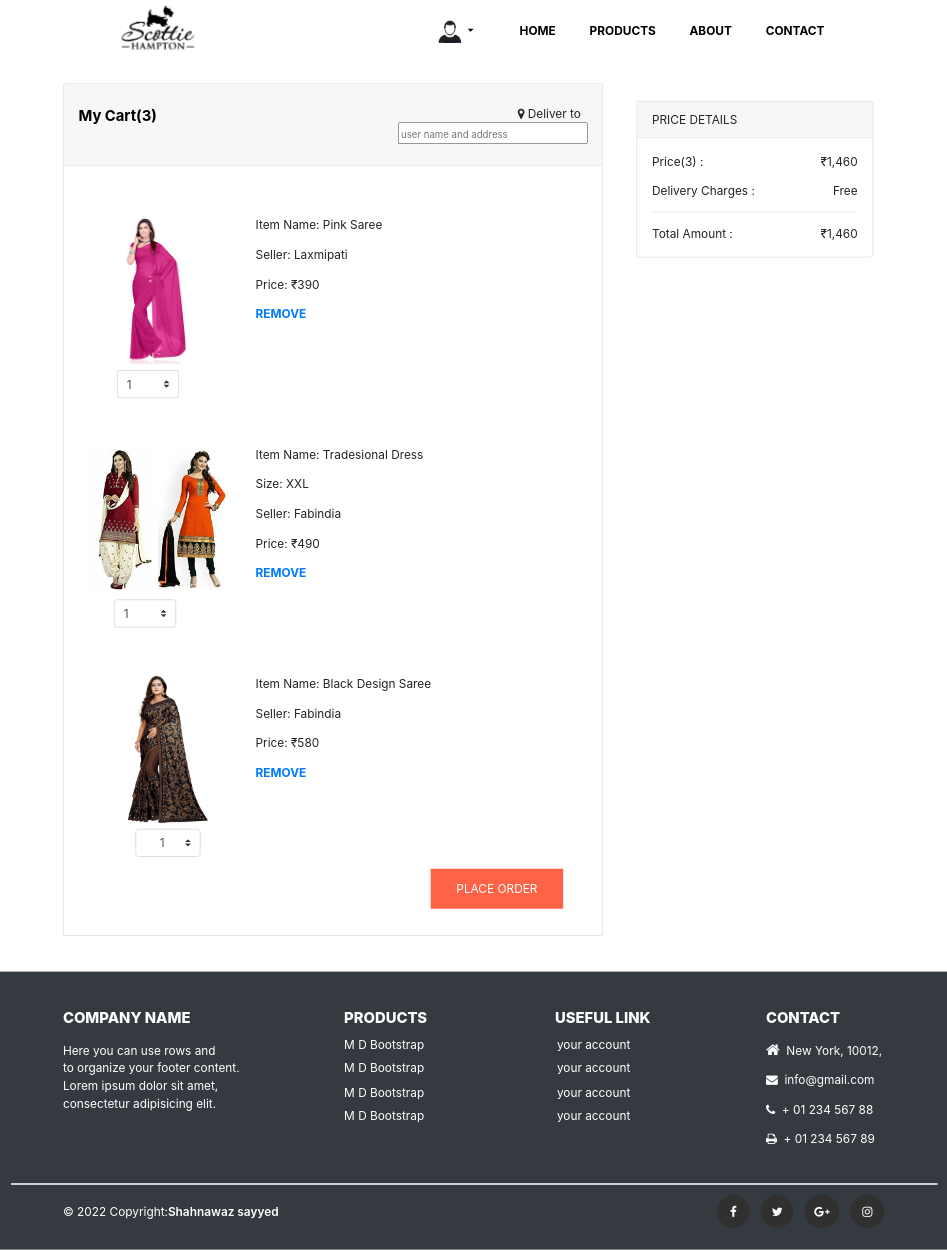
Repository: shah-zx/E-commerce-Website
Page: cart.html
These files come from the project's save history. The page is drawn as it stood at one moment and after the next save; the edit follows.
The browser window is 1280 px wide. The pictures show the whole page, at 74% of full size.
An inner scrolling area shows only its first screen.

Above is the page before, as saved 2022-07-16 21:34:34.
Console error: TypeError: $(...).parallax is not a function

### cart.html
<html>
    <head>
        <meta charset="utf-8">
        <meta name="viewport" content="width=device-width, initial-scale=1">
        <link rel="stylesheet" href="https://maxcdn.bootstrapcdn.com/bootstrap/4.5.0/css/bootstrap.min.css">
        <script src="https://ajax.googleapis.com/ajax/libs/jquery/3.5.1/jquery.min.js"></script>
        <script src="https://cdnjs.cloudflare.com/ajax/libs/popper.js/1.16.0/umd/popper.min.js"></script>
        <script src="https://maxcdn.bootstrapcdn.com/bootstrap/4.5.0/js/bootstrap.min.js"></script>
        <link rel="stylesheet" href="https://unpkg.com/aos@next/dist/aos.css" />
        <link rel="stylesheet" href="https://cdnjs.cloudflare.com/ajax/libs/font-awesome/4.7.0/css/font-awesome.min.css">
        <link rel="stylesheet" href="CSS_files/cart.css">
        <script src="JS_files/cart.js"></script>
    </head>
    <body>
                     <!--header part start-->
     <div class="container-fluid text-white" id="change-color">
        <div class="row" id="top-containt">
          <div class="col-4 text-center">
            <a href="login-ecommerce.html"><img src="Images/shopping-logo.png" height="130px" class="color logo-1 logo-sift"></a>
            <div class="small-devices-logo"><a href="login-ecommerce.html"><img src="Images/pinterest_icon.png" height="70px" class=" color logo-2 mt-1 ml-2"></a></div>
          </div>
          <div class="col-8 pt-4 mt-1 text-center">
            <span class="dropdown dropdown-toggle profile" data-toggle="dropdown" style="color:black" >
              <a href="#/"><img src="Images/profile-icon.png" class="profile-icon color"></a>
            </span>
            <ul class="dropdown-menu mt-4 text-center" style="margin-left:-6%;border-radius:10px;">
              <li class="pre-profile-1 pt-2 pb-2"><a href="#/" class="color" style="font-weight:600">Help Center </a></li>
              <li class="pre-profile-1 pt-2 pb-2"><a href="#/" class="color" style="font-weight:600">Order History</a></li>
              <li class="pre-profile-1 pt-2 pb-2"><a href="#/" class="color" style="font-weight:600">Change Password</a></li>
              <li class="pre-profile-1 pt-2 pb-2"><a href="#/" class="color" style="font-weight:600">Update Profile</a></li>
              <li class="pre-profile-1 pt-2 pb-2"><a href="ecommerce.html" class="color" style="font-weight:600">Log Out</a></li>
            </ul>
            <span class="menu-1"><a href="login-ecommerce.html" class="color">home</a></span>
            <span class="menu"><a href="Logged_in_product_page.html" class="color">products</a></span>
            <span class="menu"><a href="logged_in_about_us.html" class="color">about</a></span>
            <span class="menu"><a href="contact-form.html" class="color">contact</a></span>
            <span class="menu-bar text-right"><a href="#/" class="color">&#9776;</a></span>
            <span class="menu-bar-1 text-right"><a href="#/" class="color">&#9776;</a></span>
            <span class="menu-bar-2 text-right"><a href="#/" class="color">&#9776;</a></span>
          </div>
        </div>
        <div class="container-fluid side-bar px-0">
          <div class="col-12 text-right bg-danger">
            <span class="close"><a href="#/" class="color">&times;</a></span>
          </div>
            <ul class="pt-5 pre-side-bar">
              <li class="pt-4" style="margin-left:-5%;"><a href="login-ecommerce.html" class="color">home</a></li>
              <li class="pt-3"style="margin-left:-5%"><a href="Logged_in_product_page.html" class="color">products</a></li>
              <li class="pt-3"style="margin-left:-5%"><a href="logged_in_about_us.html" class="color">about</a></li>
              <li class="pt-3"style="margin-left:-5%"><a href="contact-form.html" class="color">contact</a></li>
              <li class="pt-3"style="margin-left:-5%"><a href="#/" class="color">Update profile</a></li>
              <li class="pt-3"style="margin-left:-5%"><a href="ecommerce.html" class="color">Log Out</a><span><a href="#" class="color"><img src="Images/log-in..png" class="log-in"></a></span></li>
            </ul>
        </div>
    </div>
    <!--header part end-->
     <div class="container mt-5">
        <div class="row pt-5">
          <div class="col-xl-8 col-lg-12 col-md-12 col-sm-12 col-12 mt-3">
                <div class="card">
                  <div class="card-header">
                    <div class="row pt-3 pb-3">
                      <div class="col-xl-6 col-lg-6 col-md-6 col-sm-6 col-6 ">
                        <span style="font-size:20px;font-weight:700;color:grey;color:black">My Cart(3)</span>
                      </div>
                      <div class="col-xl-6 col-lg-6 col-md-6 col-sm-6 col-12  text-right">
                        <i class="fa fa-map-marker" aria-hidden="true"></i>&nbsp;Deliver to &nbsp;<input type="text" placeholder="user name and address">
                      </div>
                    </div>
                  </div>
                  <div>
                    <div class="card-body">
                      <div class="row pb-3 ">
                        <div class="col-xl-4 col-lg-2 col-md-3 col-sm-3 col-12 pt-5 text-center">
                          <img src="Images/men.jpg" height="200px">
                        <div class="text-left">
                            <select name="Qunatity" class="custom-select mt-2 first">
                              <option selected>1</option>
                              <option value="2">2</option>
                              <option value="3">3</option>
                              <option value="4">4</option>
                              <option value="5">5</option>
                              <option value="6">6</option>
                              <option value="7">7</option>
                              <option value="8">8</option>
                              <option value="9">9</option>
                              <option value="10">10</option>
                            </select>
                          </div>
                        </div>
                        <div class="col-xl-8 col-lg-10 col-md-8 col-sm-8 col-12 pt-5">
                          <p>Item Name:&nbsp;Pink Saree</p>
                          <p>Seller:&nbsp;Laxmipati</p>
                          <p>Price:&nbsp;&#8377;390</p>
                          <p><a href="#/" style="font-weight:700">REMOVE</a></p>
                        </div>
                      </div>
                      <div class="row pb-3">
                        <div class="col-xl-4  col-lg-2 col-md-3 col-sm-4 col-12 pt-5 text-center">
                          <img src="Images/girl.jpg" height="200px">
                          <div class="text-left">
                          <select name="Qunatity" class="custom-select mt-2 second">
                            <option selected>1</option>
                            <option value="2">2</option>
                            <option value="3">3</option>
                            <option value="4">4</option>
                            <option value="5">5</option>
                            <option value="6">6</option>
                            <option value="7">7</option>
                            <option value="8">8</option>
                            <option value="9">9</option>
                            <option value="10">10</option>
                          </select>
                        </div>
                        </div>
                        <div class="col-xl-8 col-lg-10 col-md-8 col-sm-8 col-12 pt-5 pt-5">
                          <p>Item Name:&nbsp;Tradesional Dress</p>
                          <p>Size:&nbsp;XXL</p>
                          <p>Seller:&nbsp;Fabindia</p>
                          <p>Price:&nbsp;&#8377;490</p>
                          <p><a href="#/"  style="font-weight:700">REMOVE</a></p>
                        </div>
                      </div>
                      <div class="row pb-3">
                        <div class="col-xl-4 col-lg-2 col-md-3 col-sm-3 col-12 pt-5 pl-5 text-center">
                          <img src="Images/background-image-1.jpg" height="200px">
                          <select name="Qunatity" class="custom-select mt-2 third text-center">
                            <option selected>1</option>
                            <option value="2">2</option>
                            <option value="3">3</option>
                            <option value="4">4</option>
                            <option value="5">5</option>
                            <option value="6">6</option>
                            <option value="7">7</option>
                            <option value="8">8</option>
                            <option value="9">9</option>
                            <option value="10">10</option>
                          </select>

                        </div>
                        <div class="col-xl-8  col-lg-9 col-md-8 col-sm-8 col-8 pt-5 pt-5 pt-5">
                          <p>Item Name:&nbsp;Black Design Saree</p>
                          <p>Seller:&nbsp;Fabindia</p>
                          <p>Price:&nbsp;&#8377;580</p>
                          <p><a href="#/"  style="font-weight:700">REMOVE</a></p>
                        </div>
                      </div>
                      <div class="row">
                        <div class="col pr-5 text-right">
                          <p><button style="text-transform: uppercase;padding:2% 5%;background-color: tomato;color:white;border-color:transparent" data-toggle="collapse" data-target="#collapseTwo,#payment-option"><a href="payment.html" style="color: white;">Place Order</a></button></p>
                        </div>
                      </div>
                    </div>
                  </div>
              </div>
          </div>
          <div class="col-xl-4 col-lg-12 col-md-12 col-sm-12 col-12 mt-3 pt-4">
            <div class="container">
              <div class="card">
                <div class="card-header">PRICE DETAILS</div>
                <div class="card-body">
                  <div class="row">
                    <div class="col text-left">
                      Price(3) :
                    </div>
                    <div class="col text-right">
                      &#8377;1,460
                    </div>
                  </div>
                    <div class="row pt-3">
                      <div class="col-7 text-left ">
                        Delivery Charges :
                      </div>
                      <div class="col text-right">
                        Free
                      </div>
                    </div>
                  <hr>
                  <div class="row">
                    <div class="col text-left">
                      Total Amount :
                    </div>
                    <div class="col text-right">
                      &#8377;1,460
                    </div>
                  </div>
                </div>
              </div>
            </div>
          </div>
      </div>

  </div>
  <!--footer-->
  <div class="container-fluid bg-dark text-white mt-5">
      <div class="container">
      <div class="row ">
        <div class="col-xl-4 col-lg-4 col-md-4 col-sm-12 col-12 footer pt-5">
          <p style="font-size:20px;text-transform: uppercase;font-weight: 800;" data-aos="slide-right">company name</p>
          <p data-aos="slide-right">Here you can use rows and<br>
          to organize your footer content.<br>
          Lorem ipsum dolor sit amet,<br>
          consectetur adipisicing elit.<br></p>
        </div>
        <div class="col-xl-3 pt-5 hide-girl">
          <span style="font-size:20px;text-transform: uppercase;font-weight: 800;" data-aos="zoom-in-left">products</span><br>
          <p style="margin-top:3%" data-aos="slide-up">M D Bootstrap</p>
          <p style="margin-top:-3%" data-aos="slide-up">M D Bootstrap</p>
          <p style="margin-top:-3%" data-aos="slide-up">M D Bootstrap</p>
          <p style="margin-top:-3%;" data-aos="slide-up">M D Bootstrap</p>
       </div>
        <div class="col-xl-3 col-lg-4 col-md-4 col-sm-12 col-12 footer  pt-5">
          <span style="font-size:20px;text-transform: uppercase;font-weight: 800;" class="text-center" data-aos="zoom-in-left">useful link</span><br>
          <p style="margin-top:3%;margin-left:1%;"data-aos="fade-up">your account</p>
          <p style="margin-top:-3%;margin-left:1%;"data-aos="fade-up">your account</p>
          <p style="margin-top:-3%;margin-left:1%;"data-aos="fade-up">your account</p>
          <p style="margin-top:-3%;margin-left:1%;"data-aos="fade-up">your account</p>
        </div>
        <div class="col-xl-2 col-lg-4 col-md-4 col-sm-12 col-12 footer pt-5 pb-3">
          <p style="font-size:20px;text-transform: uppercase;font-weight: 800;" data-aos="slide-left">contact</p>
          <p data-aos="fade-up"><i class="fa fa-home" aria-hidden="true" style="font-size:20px;"></i>&nbsp; New York, 10012,</p>
          <p data-aos="fade-up"><i class="fa fa-envelope" aria-hidden="true"></i>&nbsp; info@gmail.com</p>
          <p data-aos="fade-up"><i class="fa fa-phone" aria-hidden="true"></i>&nbsp; + 01 234 567 88</p>
          <p data-aos="fade-up"><i class="fa fa-print" aria-hidden="true"></i>&nbsp; + 01 234 567 89</p>
        </div>
      </div>
    </div>
    <hr style="color:white;width:100%;border:1px solid">
    <div class="container mt-4 pb-4">
      <div class="row">
        <div class="col-12 col-xl-6 col-lg-6 col-md-6 col-sm-6 ">
          <p>© 2022 Copyright:<span style="font-weight:600">Shahnawaz sayyed</span></p>
        </div>
        <div class="col-12 col-xl-6 col-lg-6 col-md-6 col-sm-6 icon-head">
          <span class="icons-2"><i class="fa fa-facebook" aria-hidden="true"></i></span>
          <span class="icons-3"><i class="fa fa-twitter" aria-hidden="true"></i></span>
          <span class="icons-1"><i class="fa fa-google-plus" aria-hidden="true"></i></span>
          <span class="icons"><i class="fa fa-instagram" aria-hidden="true"></i></span>
        </div>
      </div>
    </div>
    </div>
      <!--footer-->
      <script src="https://unpkg.com/aos@next/dist/aos.js"></script>
    <script>
        AOS.init({
          once:true,
          duration:1000,
        });
      </script>
    </body>
</html>

### CSS_files/cart.css
a:hover{text-decoration: none;}
html,body{overflow-x: hidden;overflow-y: auto;}
/*top-containt*/
.menu-1{text-transform:uppercase;margin-left:7%;font-weight:bold}
.menu{text-transform:uppercase;margin-left:5%;font-weight:bold}
.menu-bar{display:none;padding-right:8%;}
.profile-icon{height:30px;}
.logo-2,.side-bar,.close{display:none;}
.color{color:black;text-decoration: none;}
.color:hover{color:black;text-decoration: none;}
.profile-icon::after{content:"hello user";height:10%;width:10%;background-color: firebrick;}
.pre-profile-1:hover{background-color:rgba(212, 206, 206, 0.993)}
.menu-bar-1,.close{display:none;}
.pre-side-bar{list-style:none;text-transform: uppercase;font-weight: 600;font-size:15px;display:none;}
.menu-bar-2{display: none;}
.side-bar{display:none;}
html,body{overflow-x: hidden;overflow-y: auto;}
#change-color{position:fixed;transition: 0.2s linear;z-index:3;}
.side-list{position:fixed;z-index: 2;}
.logo-sift{margin-top:-7%;margin-bottom:-6%;}
                                    /*small device*/
/*top-containt*/
@media screen and (max-width:810px){
    .menu-1,.menu,.profile-icon,.profile{display:none;}
    .menu-bar{display: block;font-size:40px;margin-top:-3%;}
    .side-bar{height:81.1vh;width:30%;background-color:rgba(0, 0, 0, 0.137);display: block;overflow: hidden;margin-left:-5%;display:none;}
    .pre-side-bar{display: block;}
    .close{display: block;font-size:40px;}
    .log-in{margin-left:2%;margin-top:-3%;height:25px;}
    .large-right-sider,.large-left-sider{display:none;}
    .for-small-devices,.hide-me-for-font{display:block;}
    .show-two-hundred-small-page,.show-three-hundred-small-page,.show-four-hundred-small-page,.show-five-hundred-small-page,.show-six-hundred-small-page,#small-left-sider{display:none}
    .small-devices-logo img{height:100px;width:100%;padding-top:5%}
}
@media screen and (max-width:768px){
    .pre-side-bar{font-size:15px;}
}
@media screen and (max-width:630px){
    .side-bar{width:40%}
    .menu-bar{display:none;}
    .menu-bar-1{display:block;font-size:40px;margin-top:-3%;padding-right:8%;}
}
@media screen and (max-width:499px){
    .side-bar{width:80vw;display:none;}
    .menu-bar-1{display:none;}
    .menu-bar-2{display:block;font-size:40px;margin-top:-3%;padding-right:8%;}
}
@media screen and (max-width:425px){
    .logo-1{display: none;}
    .logo-2{display:block;}
}
@media (width:768px) and (max-height:636px){
    .side-bar{height:81.7vh;}
}
@media (width:425px) and (max-height:636px){
    .side-bar{height:84vh;margin-left:-6%;}
}
@media (max-width:375px) and (max-height:636px){
    .side-bar{height:83.9vh;margin-left:-7%;}
}
@media (width:320px) and (max-height:636px){
    .side-bar{height:83.9vh;margin-left:-8%}
}
@media screen and (max-width:425px){
    .logo-1{display: none;}
    .logo-2{display:block;}
}
@media (width:768px) and (max-height:636px){
    .side-bar{height:81.7vh;}
}
@media (width:425px) and (max-height:636px){
    .side-bar{height:84vh;margin-left:-6%;}
}
@media (max-width:375px) and (max-height:636px){
    .side-bar{height:83.9vh;margin-left:-7%;}
}
@media (width:320px) and (max-height:636px){
    .side-bar{height:83.9vh;margin-left:-8%}
}
@media screen and (max-width:976px){
    .logo-sift{margin-top:-10%;margin-bottom:-10%;}
}
@media screen and (max-width:1150px){
    .logo-sift{margin-top:-8%;margin-bottom:-8%;}
}
/*top-containt*/
/*footer*/
.icons-1,.icons,.icons-2,.icons-3{border:1px solid transparent;padding:2% 2.2%;margin-left:2%;border-radius:50px;background-color:rgb(49, 48, 48);}
.icons-2{padding:2% 3%;}
.icons-3{padding:2% 2.5%;}
.icons{padding:2% 2.8%;}
.icon-head{text-align: end;}
@media screen and (max-width:768px){
    .footer{text-align: center;}
}
@media screen and (max-width:575px){
    .icon-head{text-align: left;}
}
@media screen and (max-width:1199px){
    .hide-girl{display:none}
}
/*footer*/
/*middle*/
.show-me{display:none}
::placeholder{font-size: 13px;}
.show-for-front{display:none;}
.hide{transform: translateX(170%);}
.bill{position:fixed}
.first{width:40%;margin-left:25%}
.second{width:40%;margin-left:23%}
.third{width:50%;}

@media screen and (max-width:1200px){
    img{height:150px}
    .bill{position: relative;}
}
@media screen and (max-width:991px){

    }
    @media screen and (max-width:1200px){
        .first{width:40%;margin-left:25%}
        .second{width:40%;margin-left:23%}
        .third{width:60%;}
    }
    @media screen and (max-width:767px){
        .first{width:60%;margin-left:25%}
        .second{width:40%;margin-left:23%}
        .third{width:80%;}
    }
    @media screen and (max-width:576px){
        .second{width:60%;margin-left:23%}
        .third{width:80%;}
    }

### JS_files/cart.js
$(document).ready(function(){
    $("#button-hidder").click(function(){
        $(this).hide();
        $("#button-hidder-1").show();
    });
    $("#button-hidder-1").click(function(){
        $("#button-hidder").show();
        $(this).hide();
    });
    $(".edit").click(function(){
        $(".hide-for-front").css("display","none");
        $(".show-for-front").css("display","block");
    });
    $(".call-back").click(function(){
        $(".hide-for-front").css("display","block");
        $(".show-for-front").css("display","none");
    });
    $("#button-hidder").click(function(){
        $("#collapseTwo,#payment-option").collapse("hide");
    });
    $("#phone-pe-hidder").click(function(){
        $("#debit,#net-banking,#cash").collapse("hide");
    })
    $("#debit-hidder").click(function(){
        $("#phonepe,#net-banking,#cash").collapse("hide");
    })
    $("#net-banking-hidder").click(function(){
        $("#phonepe,#cash,#debit").collapse("hide");
    })
    $("#cash-hidder").click(function(){
        $("#phonepe,#net-banking,#debit").collapse("hide");
    })

    $(window). scroll(function(){
        var scroll = $(window). scrollTop();
        if (scroll > 0) {
        $("#top-containt"). css("background" , "rgb(233, 233, 233)");
        }
        else{
        $("#top-containt"). css("background" , "white");}});
    $('.parallax-window').parallax({imageSrc: 'desktop-1.jpg'});
})

After the next save:
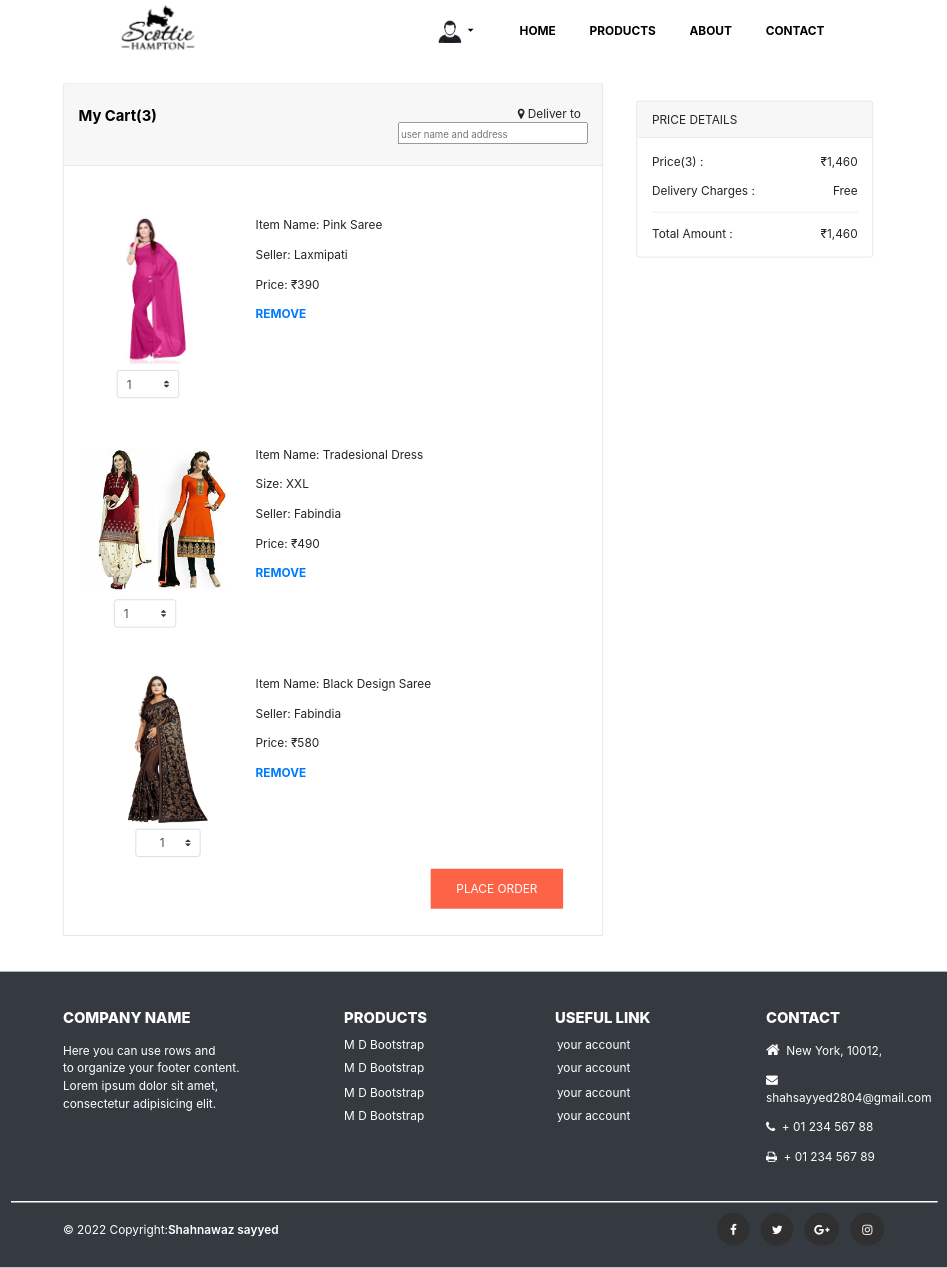
Saved 7 s later.
--- a/cart.html
+++ b/cart.html
@@ -219,7 +219,7 @@
         <div class="col-xl-2 col-lg-4 col-md-4 col-sm-12 col-12 footer pt-5 pb-3">
           <p style="font-size:20px;text-transform: uppercase;font-weight: 800;" data-aos="slide-left">contact</p>
           <p data-aos="fade-up"><i class="fa fa-home" aria-hidden="true" style="font-size:20px;"></i>&nbsp; New York, 10012,</p>
-          <p data-aos="fade-up"><i class="fa fa-envelope" aria-hidden="true"></i>&nbsp; info@gmail.com</p>
+          <p data-aos="fade-up"><i class="fa fa-envelope" aria-hidden="true"></i>&nbsp; shahsayyed2804@gmail.com</p>
           <p data-aos="fade-up"><i class="fa fa-phone" aria-hidden="true"></i>&nbsp; + 01 234 567 88</p>
           <p data-aos="fade-up"><i class="fa fa-print" aria-hidden="true"></i>&nbsp; + 01 234 567 89</p>
         </div>
